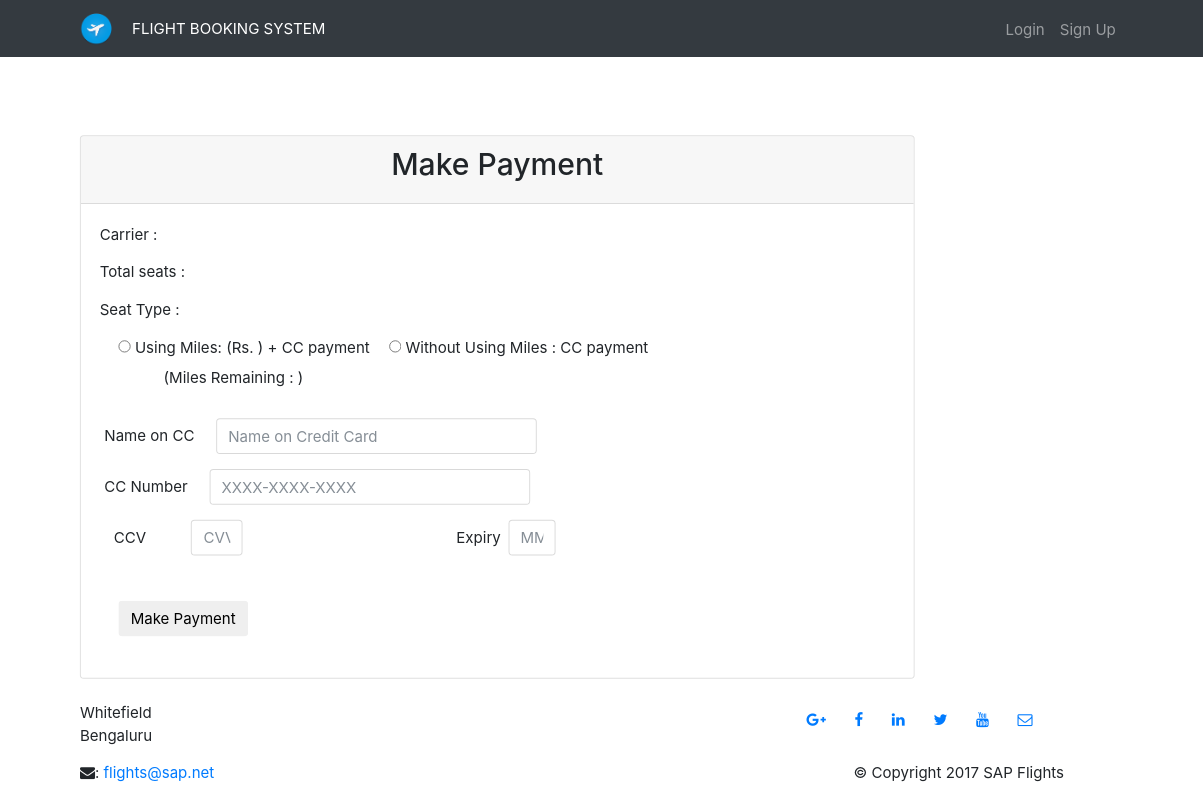
Repository: yashtatia/Spring-Practice
Page: http://localhost/FitnessTracker/WEB-INF/jsp/makePayment.jsp
The author's editor kept a copy of each file at every save. The page is drawn from the files as they stood at one save, then again after the next save.
The browser window is 1280 px wide. The pictures show the whole page, at 94% of full size.
Some web libraries are served in a nearby version. The page is served by Tomcat 9. Nobody is signed in. The template is opened directly, without the code that normally fills it, so the values that code supplies are empty.

Above is the page before, as saved 2017-09-06 08:22:33.
Console error: SyntaxError: Unexpected token ';'

After the next save:
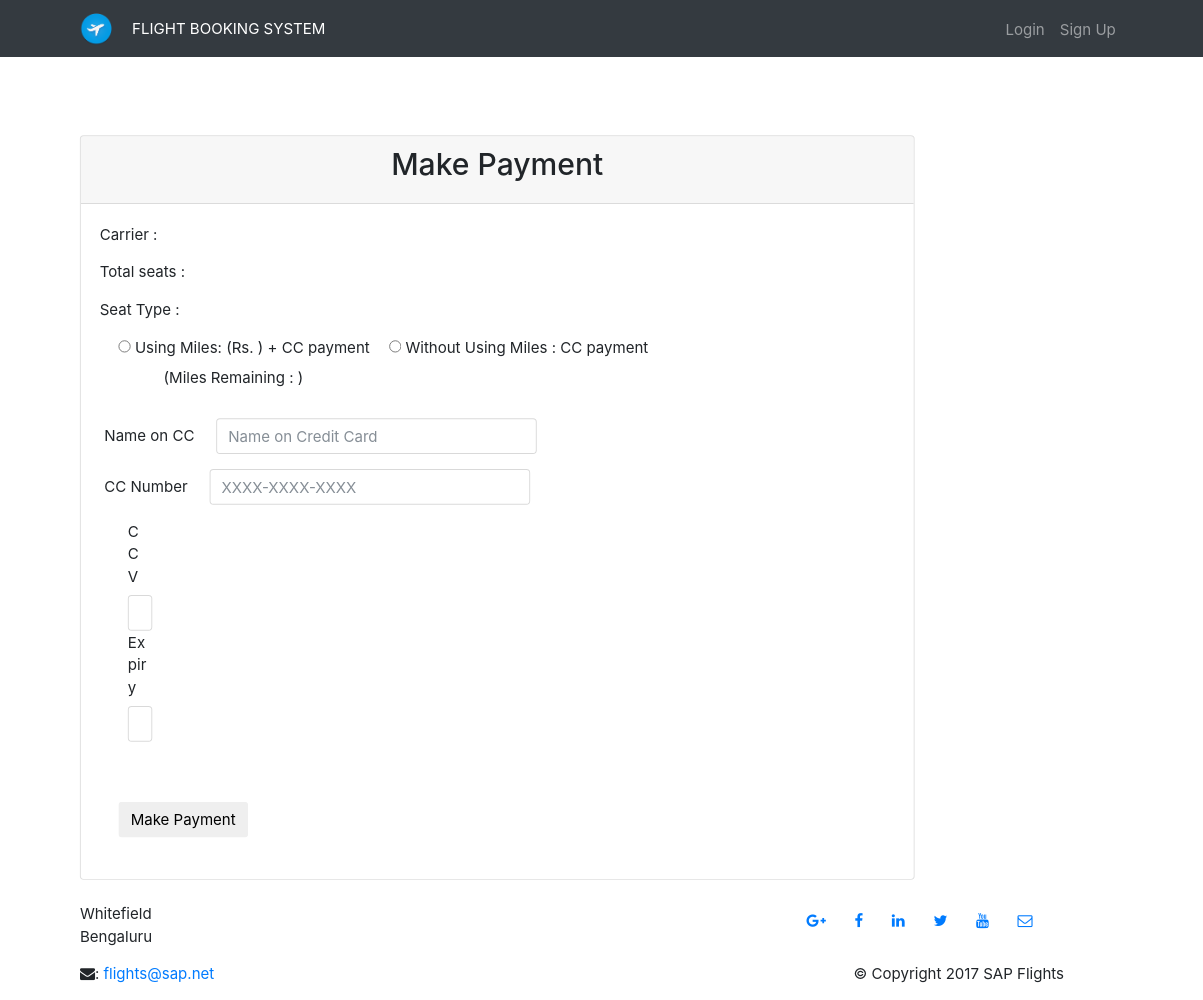
Saved 82 s later.
--- a/FitnessTracker/src/main/webapp/WEB-INF/jsp/makePayment.jsp
+++ b/FitnessTracker/src/main/webapp/WEB-INF/jsp/makePayment.jsp
@@ -52,17 +52,17 @@
 							    </div>
 							</div>
 							<div class="form-row">
-									<div class="form-inline">
-										<div class="form-group">
-											<label class="mr-sm-5 mb-0" for="cvv" sr-only>CCV</label>
-											<form:input path="cc_cvv" type="password" name="cc_cvv" id="cc_cvv" placeholder="CVV" class="form-control mr-sm-2 mb-2 mb-sm-0"  style="max-width: 15%" />
-										</div>
-										<div class="form-group">
-											<label class="mr-sm-2 mb-0" for="last_name" sr-only>Expiry</label>
-											<form:input path="cc_expiry"  type="text" class="form-control mr-sm-2 mb-2 mb-sm-0" name="cc_expiry" id="cc_expiry" style="max-width: 15%" placeholder="MM/YY"/>
-										</div>
+									<div class="form-group">
+				    <label for="input3" class="col-sm-2 control-label">CCV</label>
+				    <div class="col-sm-1">
+				      <input type="password" name="cc_cvv" id="cc_cvv" placeholder="CVV" class="form-control" style="width: 140%" required>
+				    </div>
 
-									</div>
+				    <label for="input4" class="col-sm-2 control-label">Expiry</label>
+				    <div class="col-sm-2">
+				      <input type="text" name="cc_expiry" id="cc_expiry" placeholder="MM/YY" class="form-control" required>
+				    </div>
+				</div>
 							</div>
 							<br />
 							<br />
